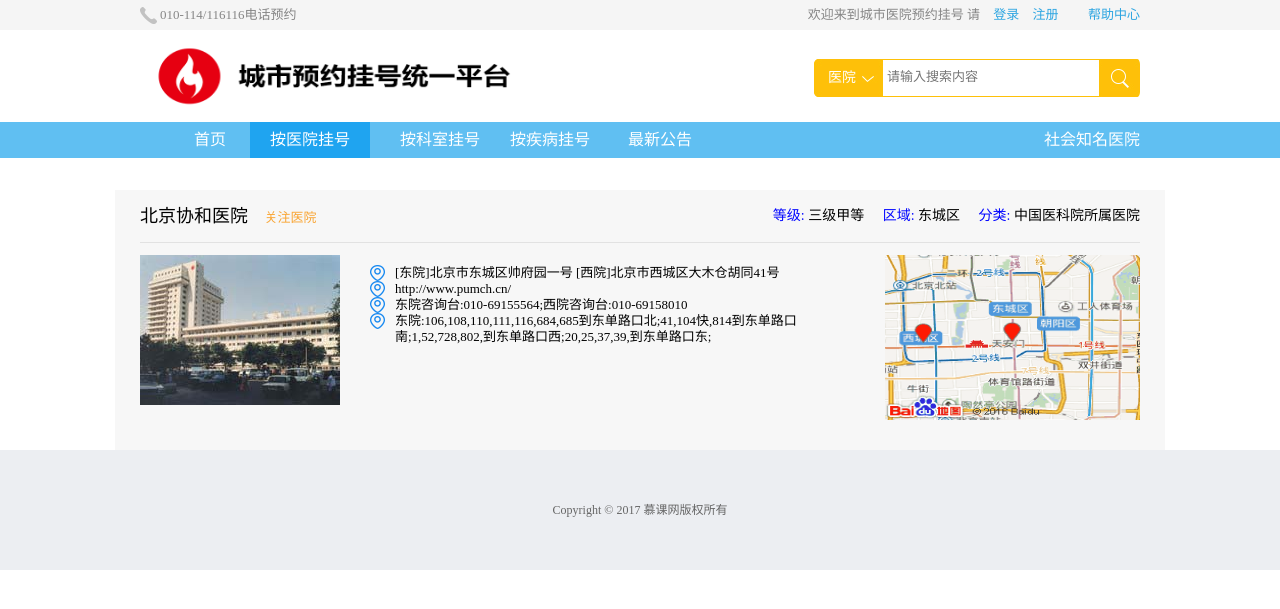
Repository: ScarApocalypse/study
Page: 挂号平台/hospital_detail.html
An editor plug-in stored every save of this project. The page is shown before and after the next save, followed by the edit.
The browser window is 1280 px wide. The pictures show the whole page.

Above is the page before, as saved 2019-01-22 22:33:53.

After the next save:
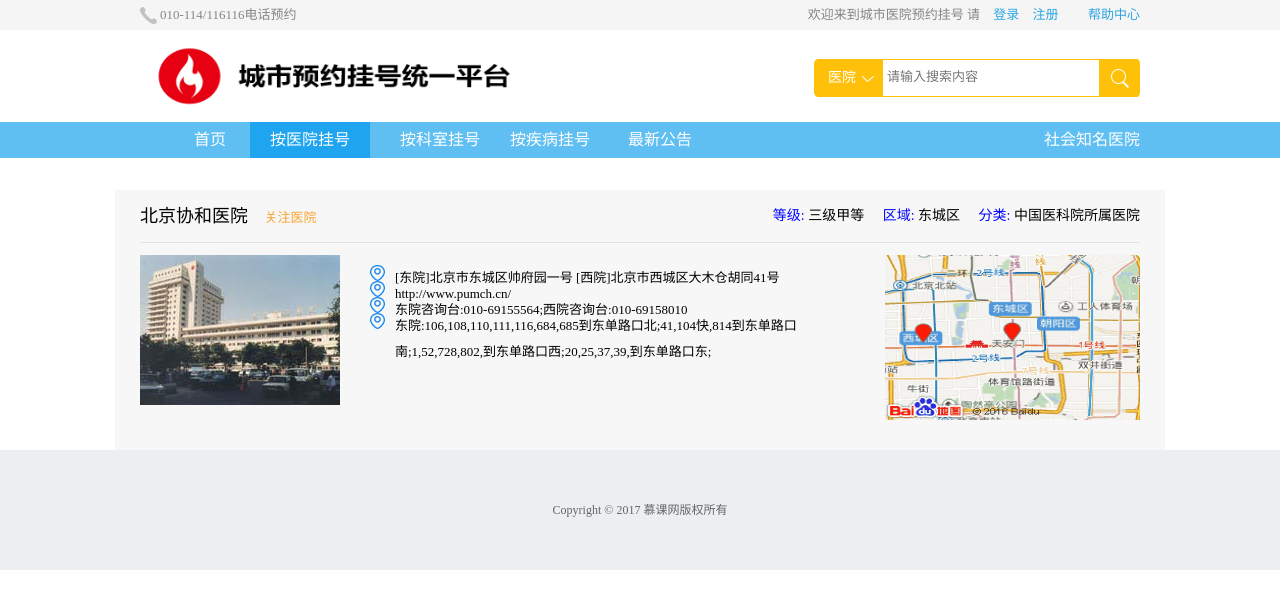
Saved 23 s later.
--- a/挂号平台/css/hospital_detail.css
+++ b/挂号平台/css/hospital_detail.css
@@ -49,7 +49,7 @@
     background: url(../img/icon-web.png) 0 0 no-repeat;
     padding-left:25px;
     font-size:13px;
-    line-height: 16px;
+    line-height: 26px;
     height:16px;
 
 }

After the save that followed:
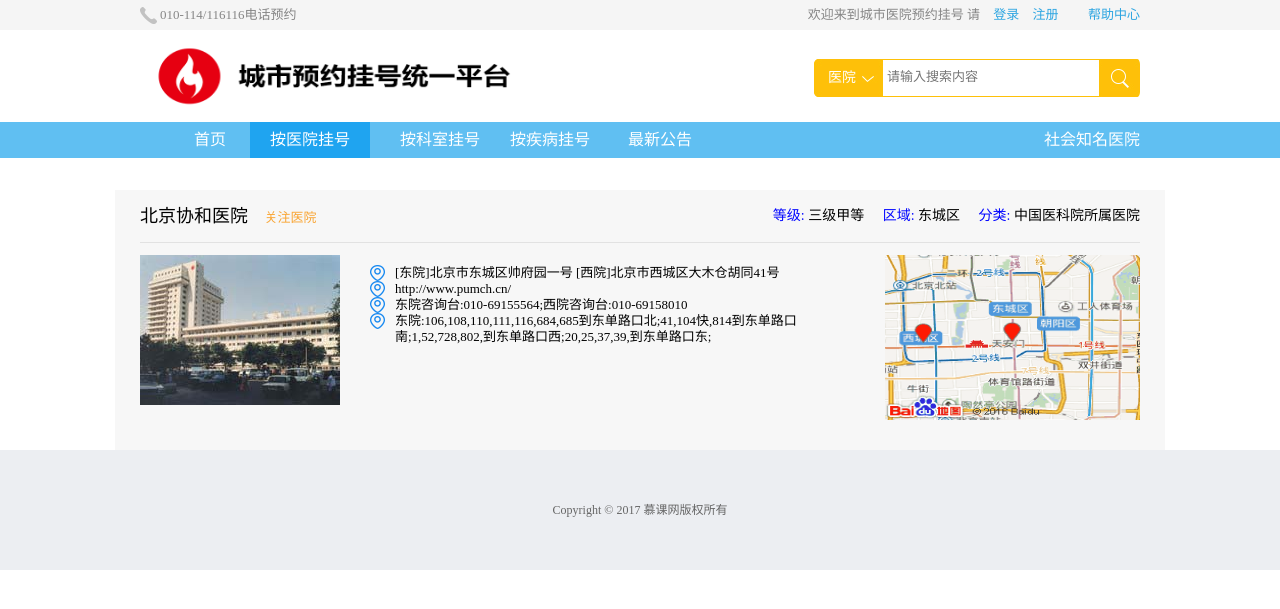
Saved 6 s later.
--- a/挂号平台/css/hospital_detail.css
+++ b/挂号平台/css/hospital_detail.css
@@ -49,7 +49,7 @@
     background: url(../img/icon-web.png) 0 0 no-repeat;
     padding-left:25px;
     font-size:13px;
-    line-height: 26px;
+    line-height: 16px;
     height:16px;
 
 }
